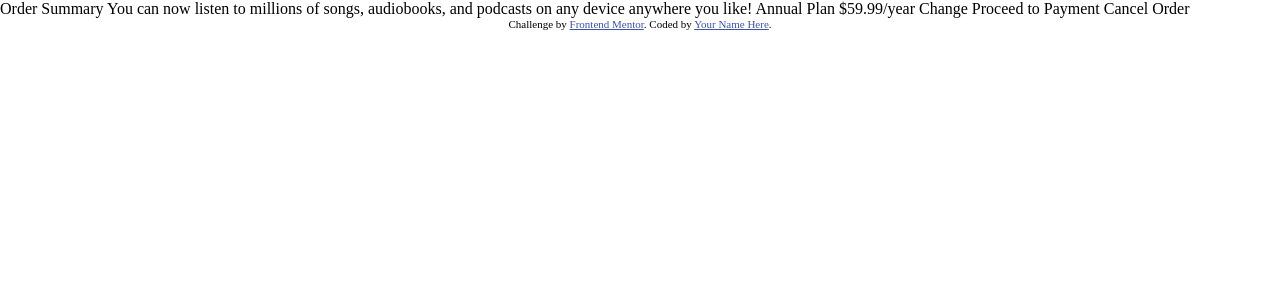
Repository: DejV44/order-summary-frontend
Page: index.html
The author's editor kept a copy of each file at every save. The page is drawn from the files as they stood at one save, then again after the next save.
The browser window is 1280 px wide. The pictures show the whole page.
The style sheet was rebuilt from its Sass, Less or Tailwind sources for each picture, by a compiler version that may differ from the author's.

Above is the page before, as saved 2021-08-10 13:17:56.

After the next save:
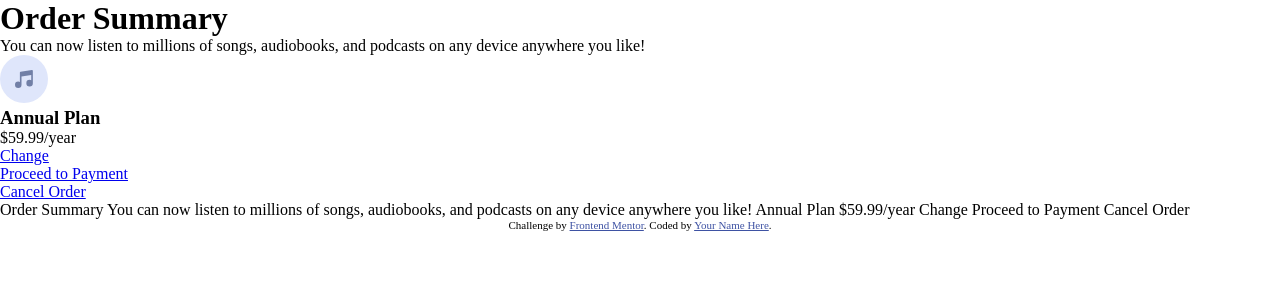
Saved 32 h 28 min later.
--- a/index.html
+++ b/index.html
@@ -13,10 +13,25 @@
 <body>
   <div class="container">
     <div class="backgr"></div>
-    <div class="content"></div>
-    <div class="price_container"></div>
-    <div class="button"></div>
-    <div class="cancel_button"></div>
+    <div class="content">
+      <h1>Order Summary</h1>
+      <p>You can now listen to millions of songs, audiobooks, and podcasts on any
+  device anywhere you like!</p>
+    </div>
+    <div class="price_container">
+      <div class="annual">
+        <img src="/images/icon-music.svg" alt="music">
+        <h3>Annual Plan</h3>
+        <p>$59.99/year</p>
+      </div>
+      <a href="#">Change</a>
+    </div>
+    <div class="button">
+      <a href="#">Proceed to Payment</a>
+    </div>
+    <div class="cancel_button">
+      <a href="#">Cancel Order</a>
+    </div>
 
   </div>
   Order Summary
